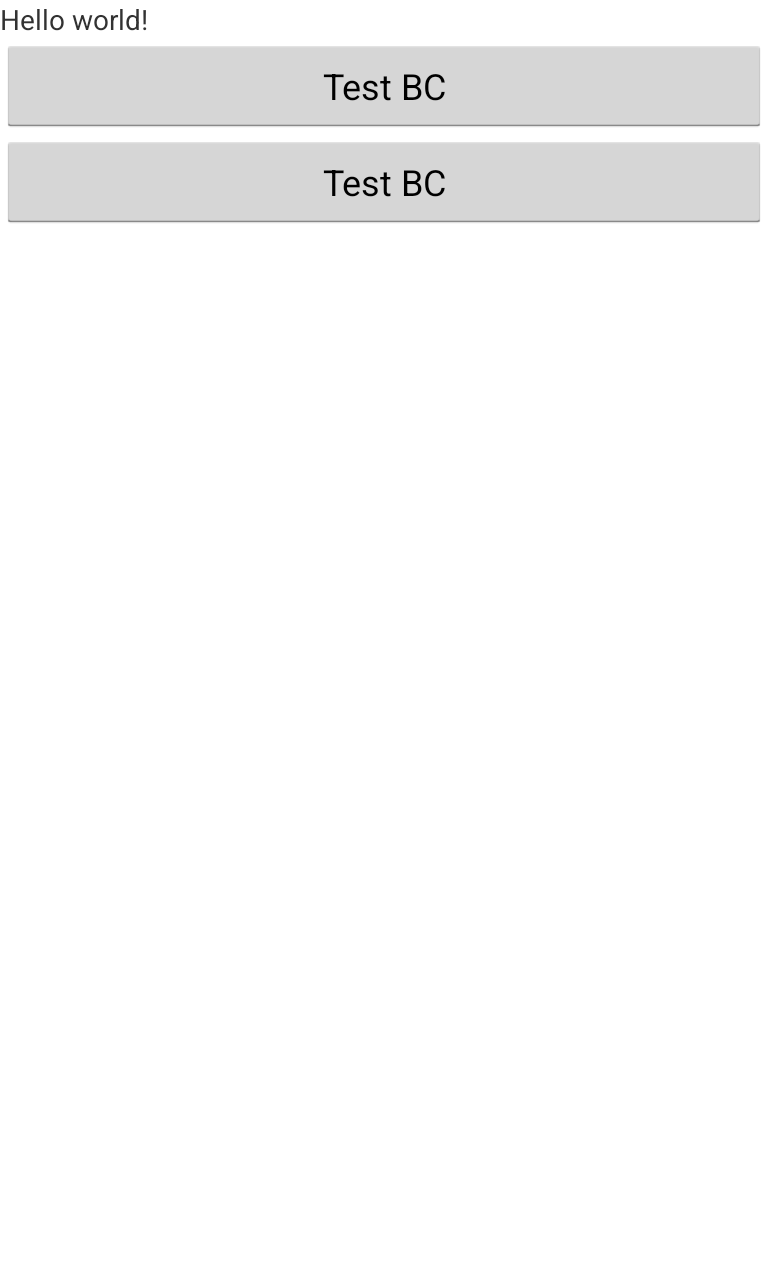
Repository: ChenLongAHXC/AndroidPractice
Layout: TestBC/res/layout/activity_main.xml
An editor plug-in stored every save of this project. The layout is shown before and after the next save, followed by the edit.
It is drawn on a 768 x 1280 px phone screen (xhdpi) without system bars, with theme AppTheme; the app's code is not run.

Above is the layout before, as saved 2014-03-13 13:06:57.

After the next save:
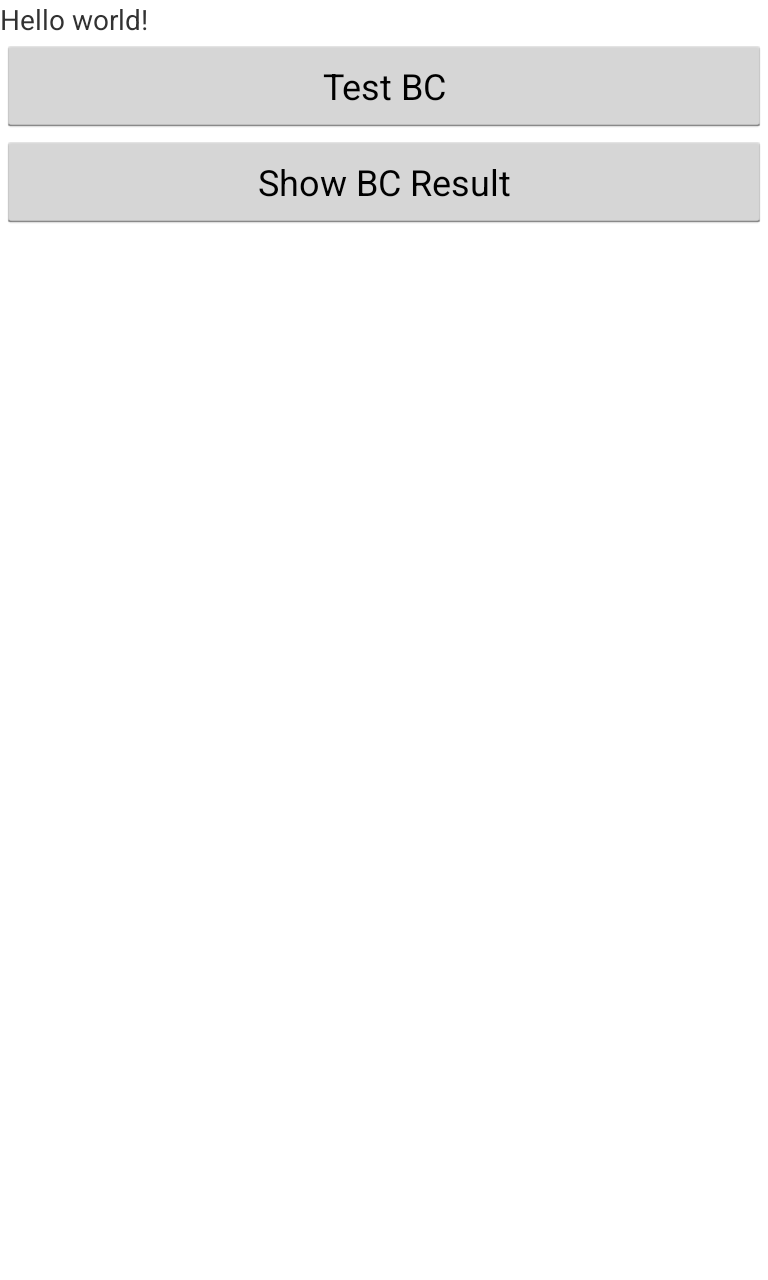
Saved 2 min 40 s later.
--- a/TestBC/res/layout/activity_main.xml
+++ b/TestBC/res/layout/activity_main.xml
@@ -18,5 +18,5 @@
 	    android:id="@+id/showBC"
 	    android:layout_width="fill_parent"
         android:layout_height="wrap_content"
-        android:text="@string/testBC" />
+        android:text="@string/showBC" />
 </LinearLayout>
